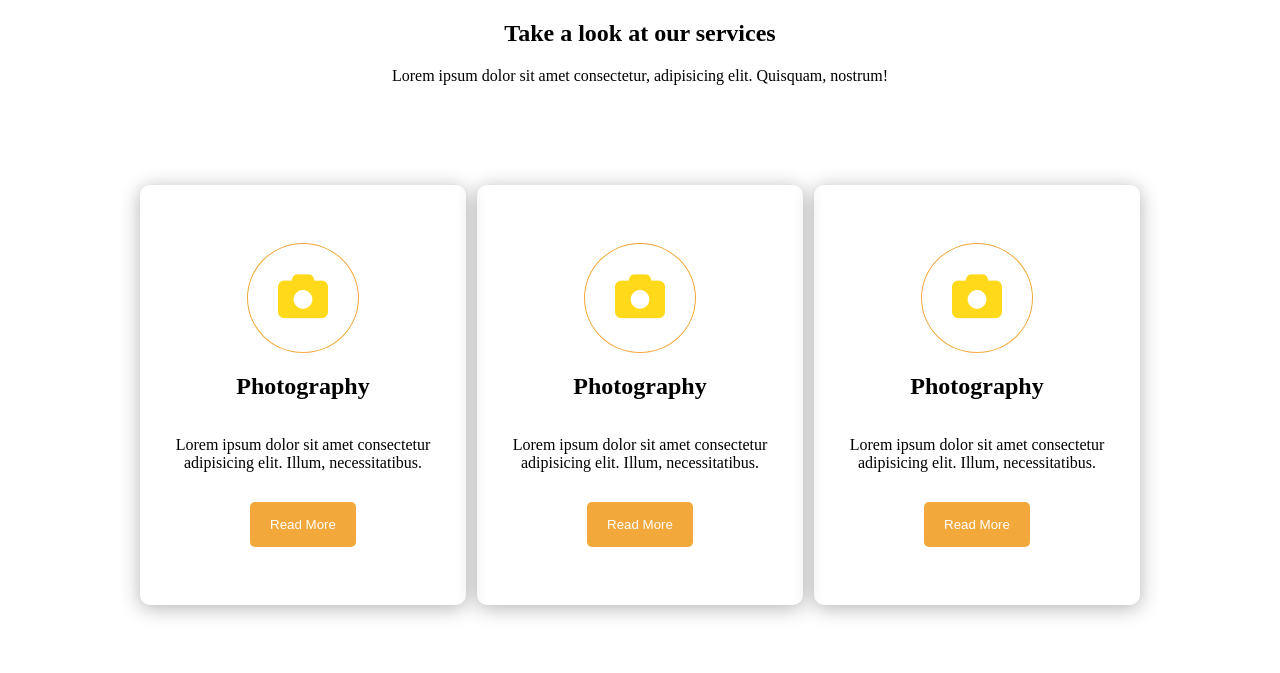
Repository: truongtn04/f8-fullstack-k5
Page: day05/ex03.html
An editor plug-in stored every save of this project. The page is shown before and after the next save, followed by the edit.
The browser window is 1280 px wide. The pictures show the whole page.

Above is the page before, as saved 2023-12-04 11:53:38.

After the next save:
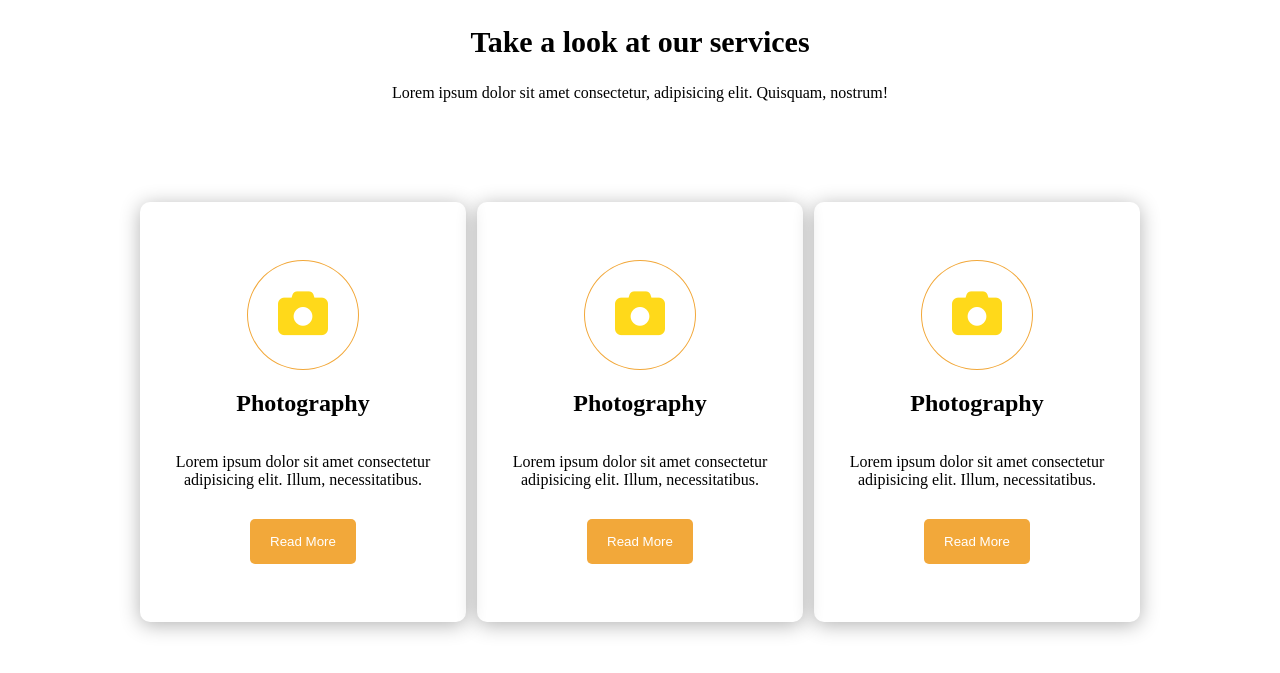
Saved 32 s later.
--- a/day05/css/ex03.css
+++ b/day05/css/ex03.css
@@ -2,6 +2,10 @@ section{
     width: 1000px;
     margin: 0 auto;
     text-align: center;
+}
+h1 {
+    font-size: 30px;
+    font-weight: bold;
 }
 .list-products{
     margin-top: 100px;
